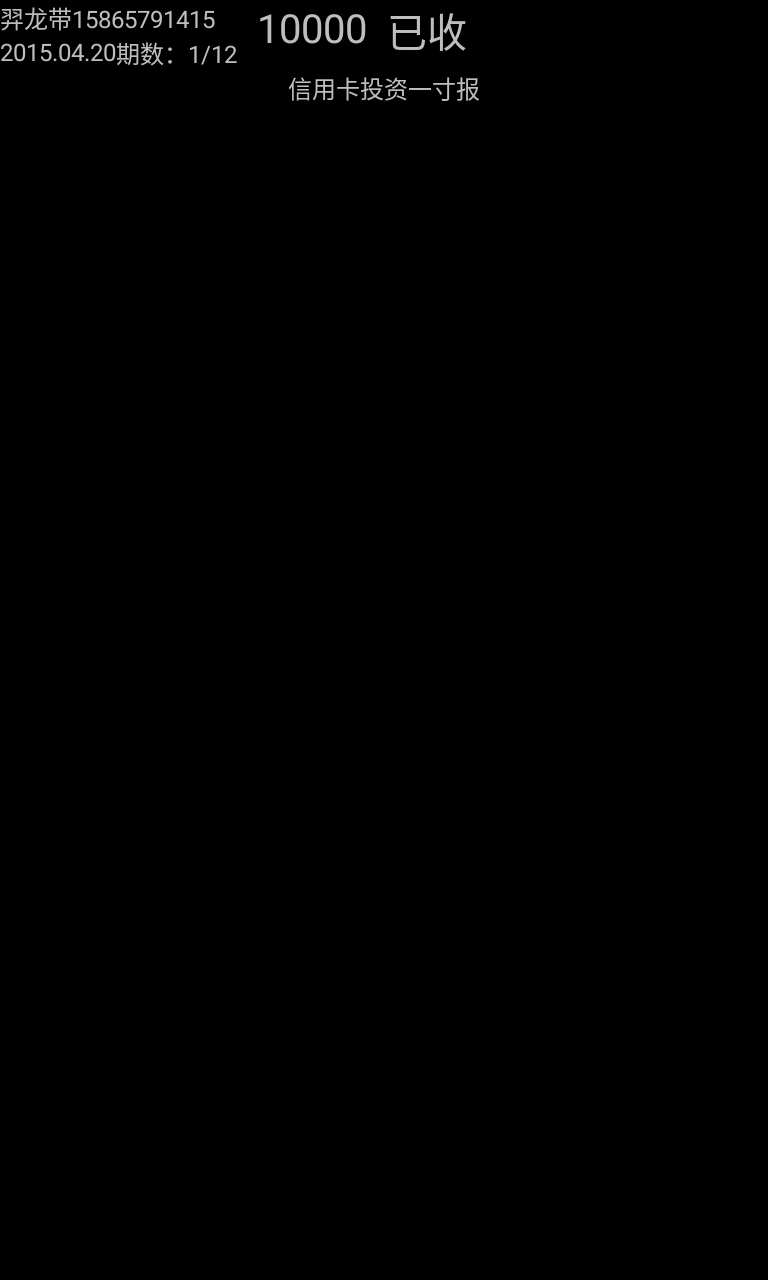
Repository: gongxinge/money-android
Layout: P2P/res/layout/billdetaillistitem.xml
These files come from the project's save history. The layout is drawn as it stood at one moment and after the next save; the edit follows.
It is drawn on a 768 x 1280 px phone screen (xhdpi) without system bars, with theme android:Theme; the app's code is not run.

Above is the layout before, as saved 2015-06-28 03:37:54.

### P2P/res/layout/billdetaillistitem.xml
<?xml version="1.0" encoding="utf-8"?>
<LinearLayout xmlns:android="http://schemas.android.com/apk/res/android"
    android:layout_width="match_parent"
    android:layout_height="match_parent"
    android:orientation="vertical">"

    <LinearLayout
        android:id="@+id/llCenter"
        android:layout_width="wrap_content"
        android:layout_height="wrap_content"
        android:orientation="horizontal" >

        <LinearLayout
            android:id="@+id/llCenter"
            android:layout_width="wrap_content"
            android:layout_height="wrap_content"
            android:orientation="vertical" >

            <LinearLayout
                android:id="@+id/llCenter"
                android:layout_width="wrap_content"
                android:layout_height="wrap_content"
                android:orientation="horizontal" >

                <TextView
                    android:id="@+id/tvSiteName"
                    android:layout_width="wrap_content"
                    android:layout_height="wrap_content"
                    android:text="羿龙带"
                    android:textSize="12dp" />

                <TextView
                    android:id="@+id/tvSiteUserName"
                    android:layout_width="wrap_content"
                    android:layout_height="wrap_content"
                    android:text="15865791415"
                    android:textSize="12dp" />
            </LinearLayout>

            <LinearLayout
                android:id="@+id/llCenter"
                android:layout_width="wrap_content"
                android:layout_height="wrap_content"
                android:orientation="horizontal" >

                <TextView
                    android:id="@+id/tvRecDate"
                    android:layout_width="wrap_content"
                    android:layout_height="wrap_content"
                    android:layout_gravity="center_horizontal"
                    android:text="2015.04.20"
                    android:textSize="12dp" />

                <TextView
                    android:id="@+id/tvPeriods"
                    android:layout_width="wrap_content"
                    android:layout_height="wrap_content"
                    android:text="期数：1/12"
                    android:textSize="12dp" />
            </LinearLayout>
        </LinearLayout>

        <TextView
            android:id="@+id/tvRecAll"
            android:layout_width="wrap_content"
            android:layout_height="wrap_content"
            android:layout_gravity="center_horizontal"
            android:layout_marginLeft="10dp"
            android:text="10000"
            android:textSize="20dp" />

        <TextView
            android:id="@+id/tvState"
            android:layout_width="wrap_content"
            android:layout_height="wrap_content"
            android:layout_marginLeft="10dp"
            android:text="已收"
            android:textSize="20dp" />
    </LinearLayout>

    <TextView
        android:id="@+id/tvRemark"
        android:layout_width="wrap_content"
        android:layout_height="wrap_content"
        android:layout_gravity="center_horizontal"
        android:text="信用卡投资一寸报"
        android:textSize="12dp" />

</LinearLayout>

After the next save:
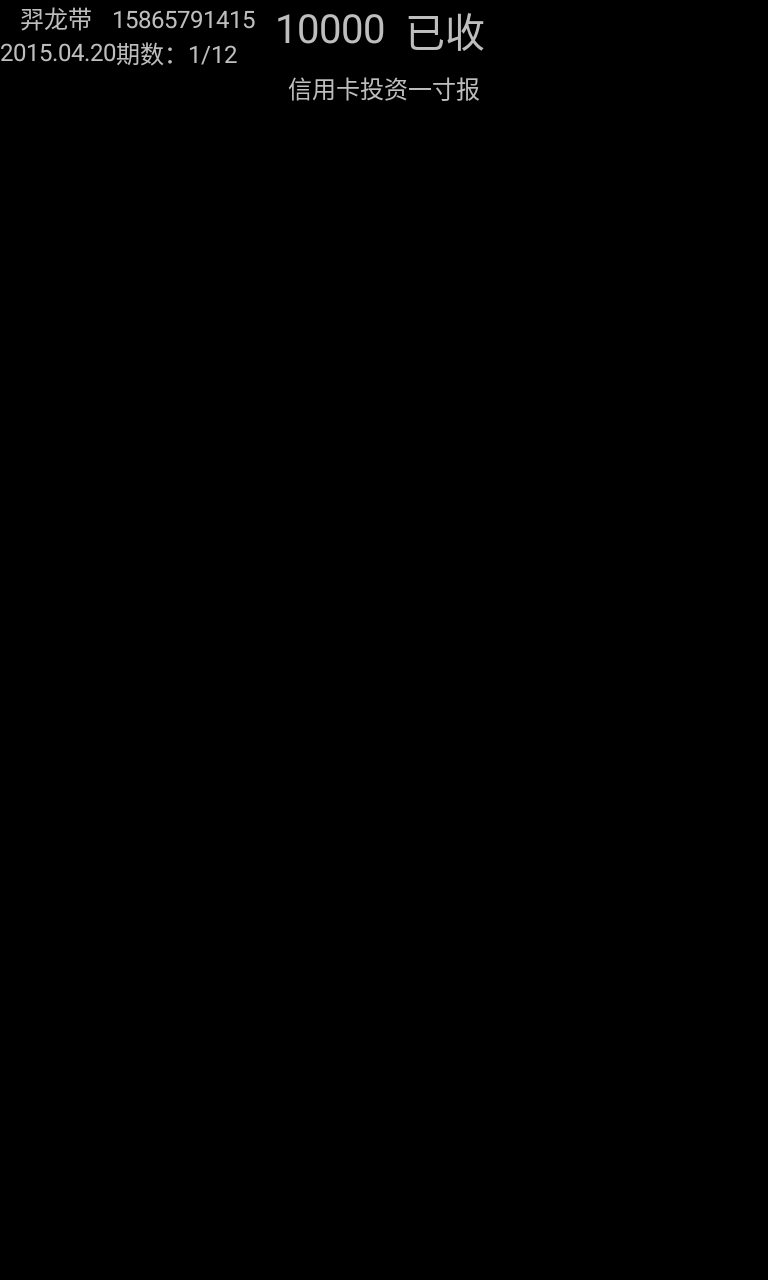
Saved 44 s later.
--- a/P2P/res/layout/billdetaillistitem.xml
+++ b/P2P/res/layout/billdetaillistitem.xml
@@ -2,7 +2,7 @@
 <LinearLayout xmlns:android="http://schemas.android.com/apk/res/android"
     android:layout_width="match_parent"
     android:layout_height="match_parent"
-    android:orientation="vertical">"
+    android:orientation="vertical" >
 
     <LinearLayout
         android:id="@+id/llCenter"
@@ -26,6 +26,7 @@
                     android:id="@+id/tvSiteName"
                     android:layout_width="wrap_content"
                     android:layout_height="wrap_content"
+                    android:layout_marginLeft="10dp"
                     android:text="羿龙带"
                     android:textSize="12dp" />
 
@@ -33,6 +34,7 @@
                     android:id="@+id/tvSiteUserName"
                     android:layout_width="wrap_content"
                     android:layout_height="wrap_content"
+                    android:layout_marginLeft="10dp"
                     android:text="15865791415"
                     android:textSize="12dp" />
             </LinearLayout>
